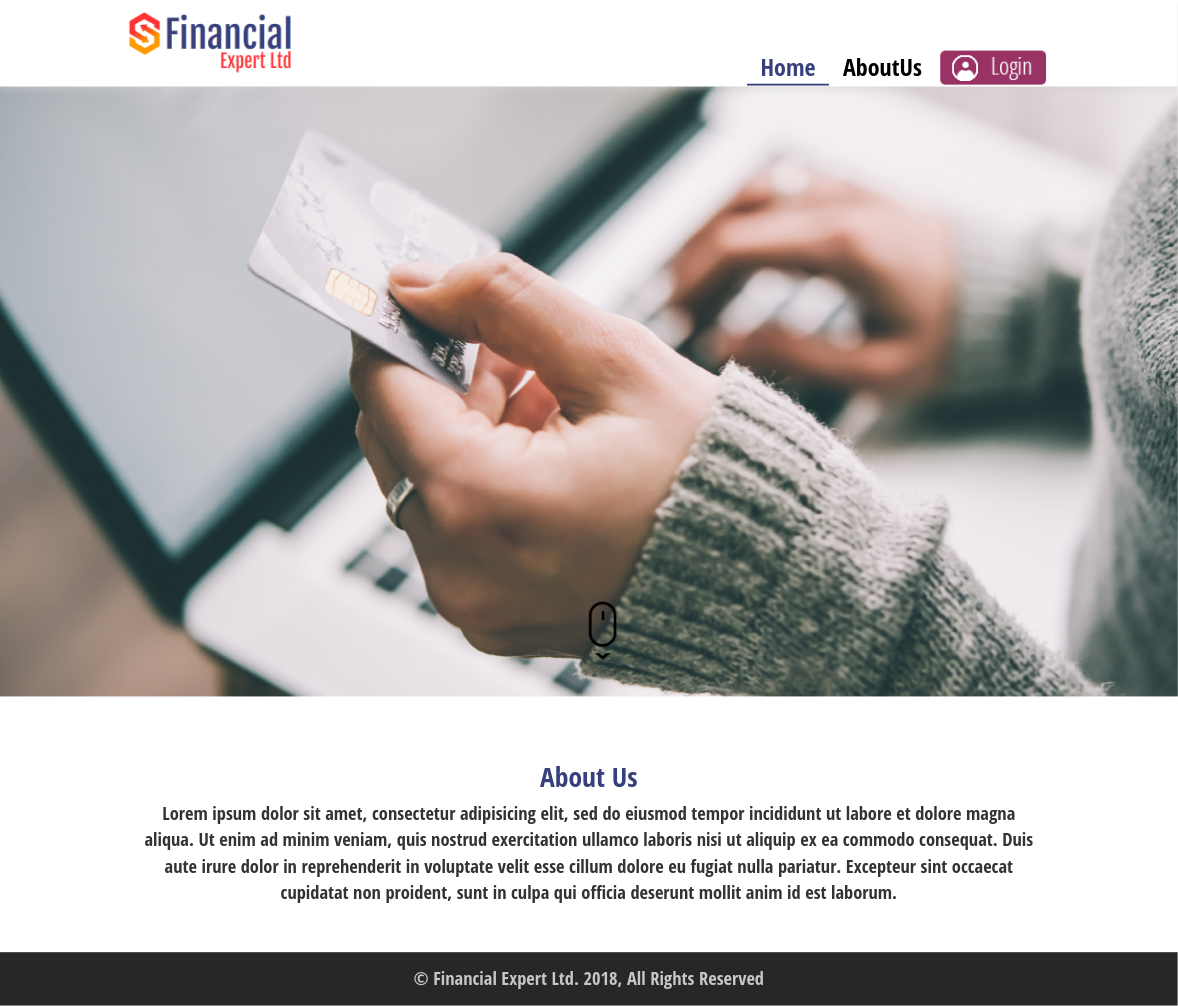
Repository: intkhabahmed/AcceleratedBootcampWebsites
Page: http://localhost/BenefitsCards/UI/index.jsp
These files come from the project's save history. The page is drawn as it stood at one moment and after the next save; the edit follows.
The browser window is 1280 px wide. The pictures show the whole page, at 92% of full size.
Some web fonts or font styles are not loaded; a fallback is used. The page is served by Tomcat 9. Nobody is signed in. The application's start-up code is not run.

Above is the page before, as saved 2018-01-30 05:01:12.

After the next save:
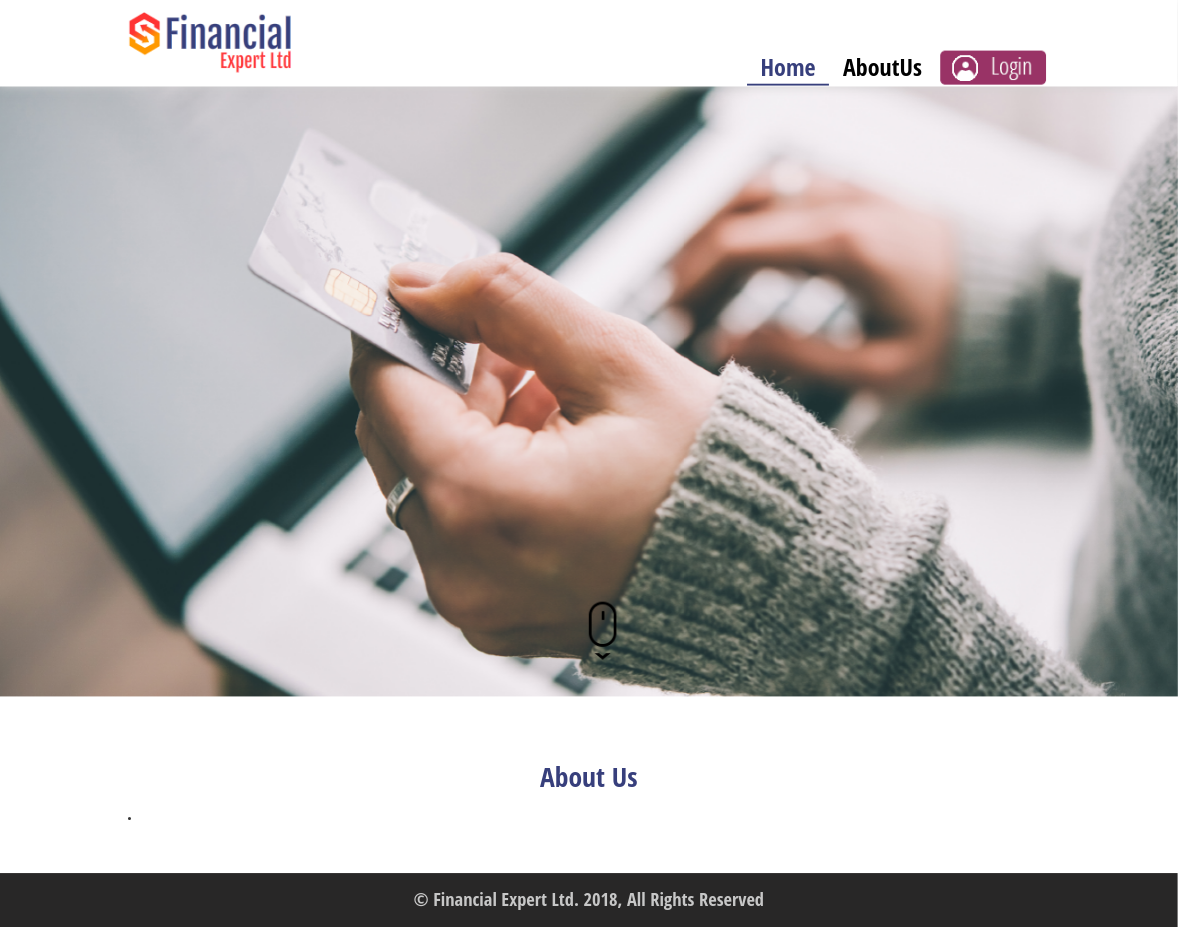
Saved 20 s later.
--- a/BenefitsCards/WebContent/UI/index.jsp
+++ b/BenefitsCards/WebContent/UI/index.jsp
@@ -36,12 +36,8 @@
 	<div class="row">
 		<div id="aboutus">
 			<h2 align="center">About Us</h2>
-			<p align="center">Lorem ipsum dolor sit amet, consectetur adipisicing elit, sed do eiusmod
-			tempor incididunt ut labore et dolore magna aliqua. Ut enim ad minim veniam,
-			quis nostrud exercitation ullamco laboris nisi ut aliquip ex ea commodo
-			consequat. Duis aute irure dolor in reprehenderit in voluptate velit esse
-			cillum dolore eu fugiat nulla pariatur. Excepteur sint occaecat cupidatat non
-			proident, sunt in culpa qui officia deserunt mollit anim id est laborum.</p>
+			<p align="center"></p>.
+			<p align="center"></p>
 		</div><!--end aboutus-->
 	</div>
 	<hr>
